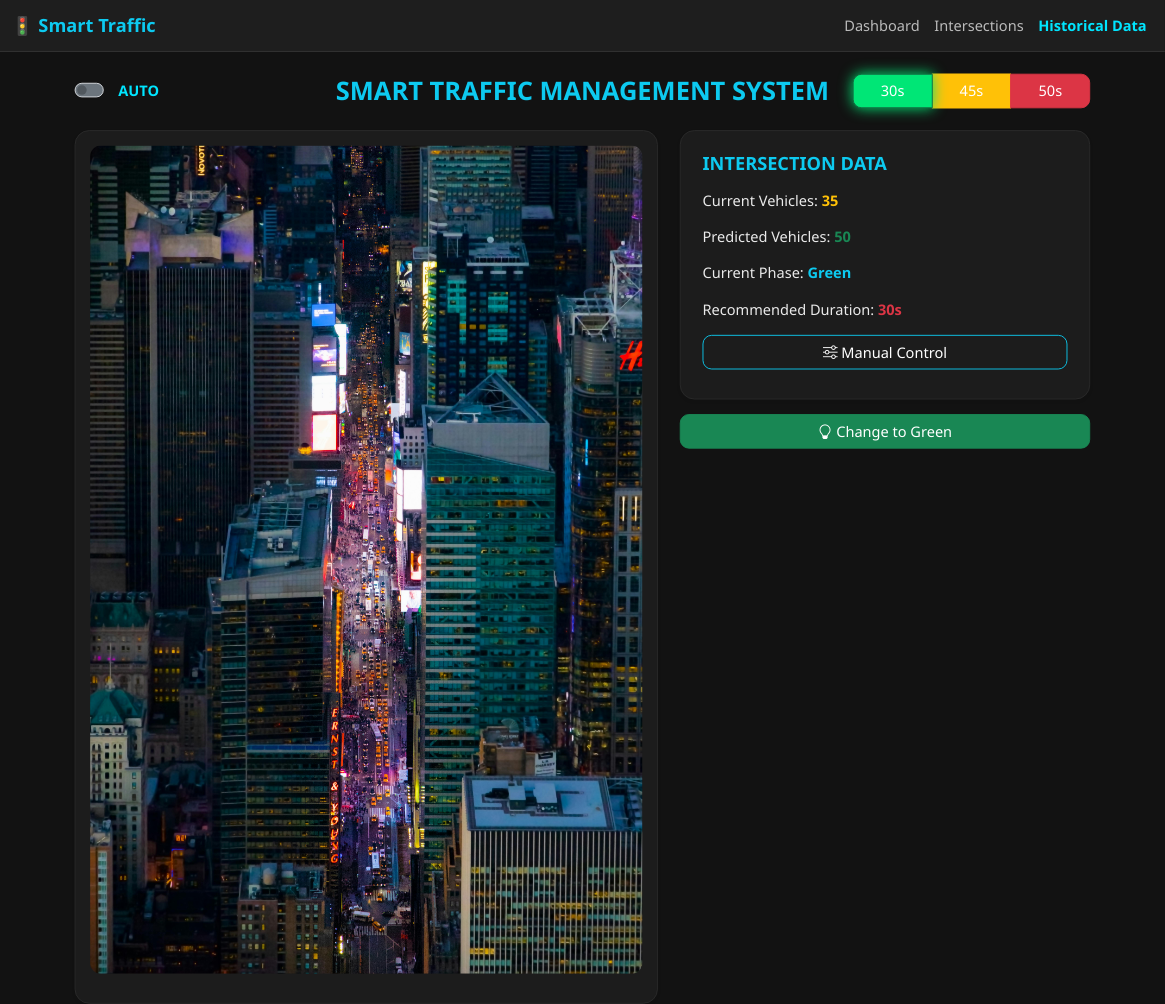
Repository: ayushkrpal/traffic-dashboard
Page: http://localhost/intersections
These files come from the project's save history. The page is drawn as it stood at one moment and after the next save; the edit follows.
The browser window is 1280 px wide. The pictures show the whole page, at 91% of full size.
The page is served by the project's Node server (server.js). Other server files are loaded and not shown.

Above is the page before, as saved 2025-09-02 15:52:01.

### views/intersections.ejs
<!DOCTYPE html>
<html lang="en">
<head>
  <meta charset="UTF-8">
  <title>Intersections</title>
  <link href="https://cdn.jsdelivr.net/npm/bootstrap@5.3.0/dist/css/bootstrap.min.css" rel="stylesheet">
  <link href="https://cdn.jsdelivr.net/npm/bootstrap-icons/font/bootstrap-icons.css" rel="stylesheet">

  <style>
    body {
      background-color: #121212;
      color: #eaeaea;  /* brighter text */
      font-family: 'Segoe UI', sans-serif;
    }

    /* Navbar */
    .navbar {
      background: #1e1e1e;
      border-bottom: 1px solid #333;
    }
    .navbar-brand {
      font-weight: bold;
    }
    .nav-link {
      color: #bbb !important;
      transition: color 0.2s ease;
    }
    .nav-link:hover {
      color: #00e5ff !important;
    }
    .nav-link.active {
      color: #00e5ff !important;
      font-weight: bold;
    }

    /* Cards */
    .card {
      background: #1c1c1c;
      border-radius: 16px;
      border: 1px solid #2a2a2a;
      box-shadow: 0 4px 20px rgba(0,0,0,0.7);
      color: #eaeaea;
    }

    /* Intersection image */
.intersection-img {
  height: 100%;          /* card takes full height */
  display: flex;         /* center the image */
  align-items: center;
  justify-content: center;
}

.intersection-img img {
  width: 100%;           /* fill card’s width */
  height: 100%;          /* fill card’s height */
  object-fit: cover;     /* cover the card while preserving aspect ratio */
  border-radius: 12px;   /* match card corners */
  transition: transform 0.3s ease;
}

.intersection-img img:hover {
  transform: scale(1.02); /* subtle zoom */
}




    /* Buttons */
    .btn-custom {
      border-radius: 10px;
      transition: all 0.3s ease;
      font-weight: 500;
      color: #fff !important;
    }
    .btn-custom:hover {
      transform: translateY(-2px);
      box-shadow: 0 6px 16px rgba(0,0,0,0.6);
    }

    /* Signal buttons */
    .btn-success.active {
      background: #00e676 !important;
      box-shadow: 0 0 15px #00e676;
    }
    .btn-warning.active {
      background: #ffc107 !important;   /* darker amber instead of bright yellow */
      color: #000 !important;
      box-shadow: 0 0 15px #ffc107;
    }
    .btn-danger.active {
      background: #ff1744 !important;
      box-shadow: 0 0 15px #ff1744;
    }

    /* Toggle label */
    #modeLabel {
      font-weight: bold;
    }
    #modeLabel.text-primary { color: #00e5ff !important; }
    #modeLabel.text-danger { color: #ff4081 !important; }
  </style>
</head>

<body>

  <!-- Navbar -->
  <nav class="navbar navbar-expand-lg navbar-dark">
    <div class="container-fluid">
      <a class="navbar-brand text-info" href="/">🚦 Smart Traffic</a>
      <button class="navbar-toggler" type="button" data-bs-toggle="collapse" data-bs-target="#navbarNav">
        <span class="navbar-toggler-icon"></span>
      </button>

      <div class="collapse navbar-collapse" id="navbarNav">
        <ul class="navbar-nav ms-auto">
          <li class="nav-item"><a class="nav-link" href="/">Dashboard</a></li>
          <li class="nav-item"><a class="nav-link" href="/intersections">Intersections</a></li>
          <li class="nav-item"><a class="nav-link active" href="/historical">Historical Data</a></li>
        </ul>
      </div>
    </div>
  </nav>

  <!-- Header Row -->
  <div class="container mt-4">
    <div class="row align-items-center mb-4">
      <!-- Left: Auto/Manual Toggle -->
      <div class="col-md-3 d-flex align-items-center">
        <div class="form-check form-switch">
          <input class="form-check-input bg-secondary" type="checkbox" role="switch" id="modeToggle">
          <label class="form-check-label ms-2" for="modeToggle"><span id="modeLabel" class="text-primary">AUTO</span></label>
        </div>
      </div>

      <!-- Center: Title -->
      <div class="col-md-6 text-center">
        <h3 class="fw-bold m-0 text-info">SMART TRAFFIC MANAGEMENT SYSTEM</h3>
      </div>

      <!-- Right: Signal Toggle Group -->
      <div class="col-md-3">
        <div class="btn-group w-100" role="group" aria-label="Signal Timing">
          <button type="button" class="btn btn-success btn-custom active" data-time="30">30s</button>
          <button type="button" class="btn btn-warning btn-custom" data-time="45">45s</button>
          <button type="button" class="btn btn-danger btn-custom" data-time="50">50s</button>
        </div>
      </div>
    </div>

    <!-- Content Row -->
    <div class="row">
      <!-- Left intersection graphic -->
      <div class="col-md-7">
        <div class="card p-3 text-center shadow-sm intersection-img">
          <img src="/pic/pic2.jpg"
               alt="intersection" class="img-fluid mb-3">
        </div>
      </div>

      <!-- Right intersection data -->
      <div class="col-md-5">
        <div class="card p-4 mb-3 shadow-sm">
          <h5 class="fw-bold mb-3 text-info">INTERSECTION DATA</h5>
          <p>Current Vehicles: <span class="text-warning fw-bold"><%= currentVehicles %></span></p>
          <p>Predicted Vehicles: <span class="text-success fw-bold"><%= predictedVehicles %></span></p>
          <p>Current Phase: <span class="text-info fw-bold"><%= currentPhase %></span></p>
          <p>Recommended Duration: <span class="text-danger fw-bold"><%= duration %>s</span></p>
          <a class="btn btn-outline-info w-100 btn-custom mb-2" href="/">
            <i class="bi bi-sliders"></i> Manual Control
          </a>
        </div>
        <button class="btn btn-success w-100 btn-custom">
          <i class="bi bi-lightbulb"></i> Change to Green
        </button>
      </div>
    </div>
  </div>

  <!-- Bootstrap JS -->
  <script src="https://cdn.jsdelivr.net/npm/bootstrap@5.3.0/dist/js/bootstrap.bundle.min.js"></script>

  <!-- Custom Script -->
  <script>
    const modeToggle = document.getElementById("modeToggle");
    const modeLabel = document.getElementById("modeLabel");

    modeToggle.addEventListener("change", () => {
      if (modeToggle.checked) {
        modeLabel.textContent = "MANUAL";
        modeLabel.classList.add("text-danger");
        modeLabel.classList.remove("text-primary");
      } else {
        modeLabel.textContent = "AUTO";
        modeLabel.classList.add("text-primary");
        modeLabel.classList.remove("text-danger");
      }
    });

    const signalButtons = document.querySelectorAll(".btn-group button");

    signalButtons.forEach(btn => {
      btn.addEventListener("click", () => {
        signalButtons.forEach(b => b.classList.remove("active"));
        btn.classList.add("active");

        const selectedTime = btn.getAttribute("data-time");
        console.log("Selected duration:", selectedTime + "s");
      });
    });
  </script>
</body>
</html>

### server.js
const express = require("express");
const app = express();

const path = require("path");

//sokcket io runs only on http server
//SOCKET-IO

const http=require('http');

const socketio=require('socket.io');

const server  = http.createServer(app);

const io = socketio(server);



//mongoose setup
const mongoose = require("mongoose");

// Import model
const IntersectionModel = require("./models/intersection");

// EJS setup
app.set("view engine", "ejs");
app.set("views", path.join(__dirname, "views"));



// Static files
app.use(express.static(path.join(__dirname, "public")));




io.on("connection", (socket) => {
  console.log("Client connected");

  // Client asks for data of a clicked intersection
  socket.on("getIntersectionData", (id) => {
    const fakeData = {
      id,
      name: id === 1 ? "Park Street" : id === 2 ? "Howrah Bridge" : "Salt Lake",
      currentVehicles: Math.floor(Math.random() * 50),
      predictedVehicles: Math.floor(Math.random() * 60),
      currentPhase: ["RED", "GREEN", "YELLOW"][Math.floor(Math.random() * 3)],
      duration: Math.floor(Math.random() * 60)
    };
    socket.emit("intersectionData", fakeData);
  });

  // Manual signal control
    socket.on("changeSignal", ({ id, color }) => {
    console.log(`Intersection ${id} changed to ${color}`);
    // TODO: later update database/ML/device here
  });
});


// Connect to MongoDB
mongoose.connect("mongodb://127.0.0.1:27017/traffic")
  .then(() => console.log("Connected to MongoDB"))
  .catch(err => console.error("MongoDB connection error:", err));


// ---------------- Routes ----------------

// Dashboard (Map)
app.get("/", async (req, res) => {
    res.render("index");

});

// Seed test data
app.get("/seed", async (req, res) => {
  try {
    await IntersectionModel.create([
      { id: 1, name: "Intersection A", lat: 28.61, lng: 77.21, status: "normal", volume: 1200, avgDelay: 30 },
      { id: 2, name: "Intersection B", lat: 28.62, lng: 77.22, status: "congested", volume: 2500, avgDelay: 90 }
    ]);
    res.send("Seeded sample data!");
  } catch (err) {
    console.error("Error seeding data:", err);
    res.status(500).send("Error seeding data");
  }
});

// Historical chart page
app.get("/historical", (req, res) => {
  res.render("historical", {
    labels: ["6 AM", "9 AM", "12 PM", "3 PM", "6 PM"],
    data: [50, 120, 90, 200, 150, 180],
    averageVehicles: 360,
    avgTime: "03:15"
  });
});


// Intersection details (example page)
app.get("/intersections", (req, res) => {
  res.render("intersections", {
    currentVehicles: 35,
    predictedVehicles: 50,
    currentPhase: "Green",
    duration: 30
  });
});

// ---------------- Start Server ----------------
server.listen(3000, () => {
  console.log("Server running at http://localhost:3000");
});

After the next save:
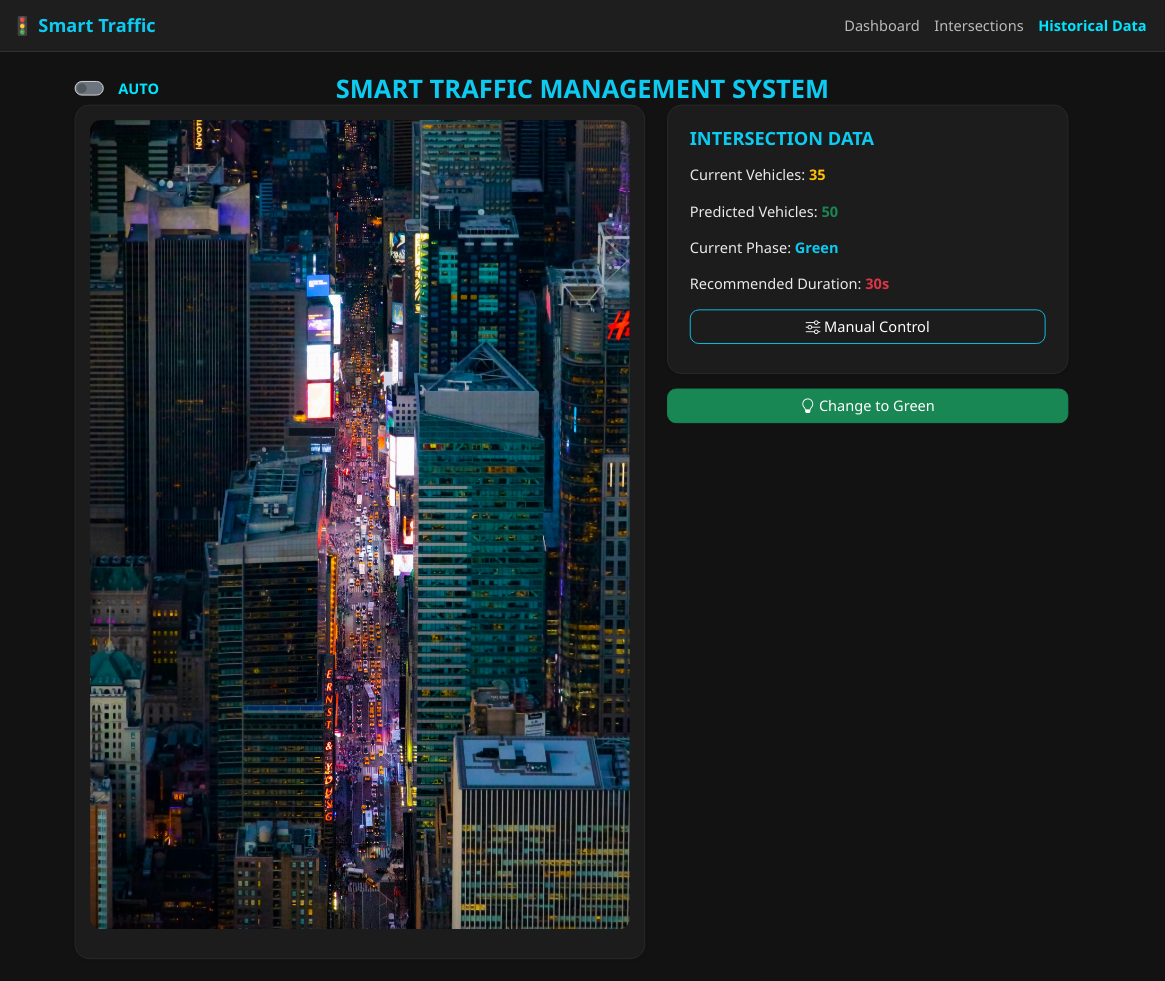
Saved 64 s later.
--- a/views/intersections.ejs
+++ b/views/intersections.ejs
@@ -137,15 +137,6 @@
         <h3 class="fw-bold m-0 text-info">SMART TRAFFIC MANAGEMENT SYSTEM</h3>
       </div>
 
-      <!-- Right: Signal Toggle Group -->
-      <div class="col-md-3">
-        <div class="btn-group w-100" role="group" aria-label="Signal Timing">
-          <button type="button" class="btn btn-success btn-custom active" data-time="30">30s</button>
-          <button type="button" class="btn btn-warning btn-custom" data-time="45">45s</button>
-          <button type="button" class="btn btn-danger btn-custom" data-time="50">50s</button>
-        </div>
-      </div>
-    </div>
 
     <!-- Content Row -->
     <div class="row">
